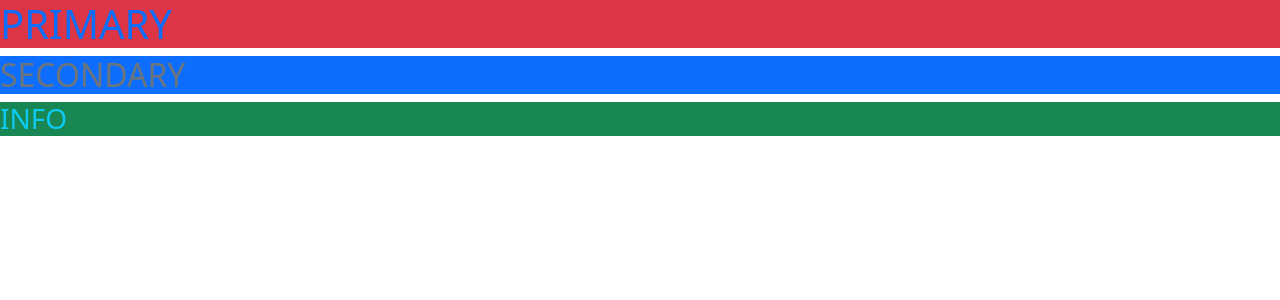
Repository: arindamslt/JEECoding
Page: JEE_FRONTEND/src/main/webapp/02BootstrapHeading.html
These files come from the project's save history. The page is drawn as it stood at one moment and after the next save; the edit follows.
The browser window is 1280 px wide. The pictures show the whole page.

Above is the page before, as saved 2025-07-17 04:38:52.

After the next save:
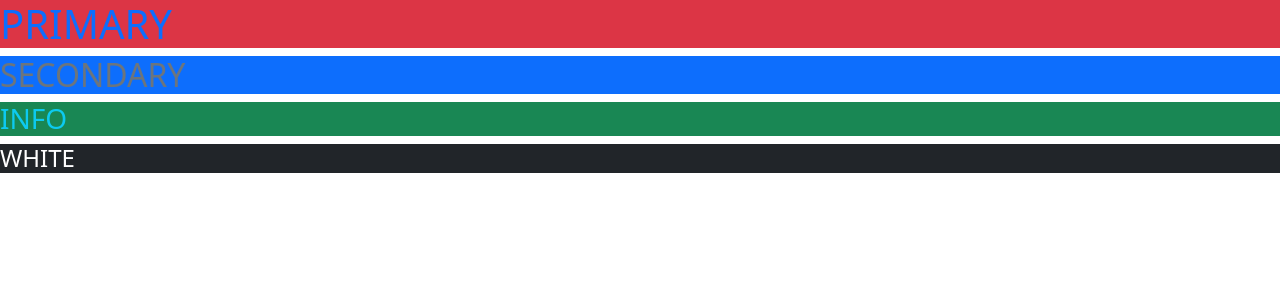
Saved 39 s later.
--- a/JEE_FRONTEND/src/main/webapp/02BootstrapHeading.html
+++ b/JEE_FRONTEND/src/main/webapp/02BootstrapHeading.html
@@ -9,5 +9,6 @@
 <h1 class="text-primary bg-danger">PRIMARY</h1>
 <h2 class="text-secondary bg-primary">SECONDARY</h2>
 <h3 class="text-info bg-success">INFO</h3>
+<h4 class="text-white bg-dark">WHITE</h4>
 </body>
 </html>
